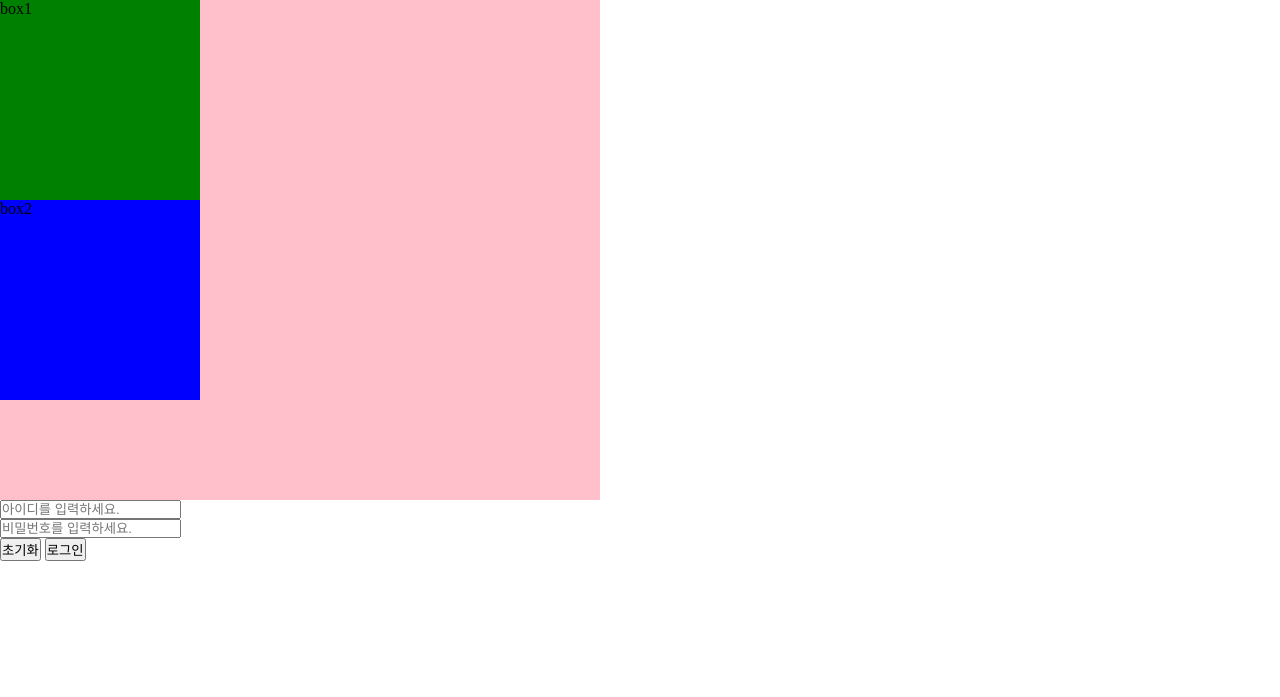
Repository: gwonjunsu95/html5
Page: html5/WebContent/day0204.html
The author's editor kept a copy of each file at every save. The page is drawn from the files as they stood at one save, then again after the next save.
The browser window is 1280 px wide. The pictures show the whole page.

Above is the page before, as saved 2020-04-17 05:52:27.

### html5/WebContent/day0204.html
<!DOCTYPE html>
<html>
<head>
	<meta charset="UTF-8">
	<title>Insert title here</title>
	<style>
		*{
			margin : 0;
			padding : 0;
			text-decoration: none;
			list-style: none;
		}

		#parent{
			width : 600px;
			height : 500px;
			background: pink;
		}

		#box1{
			width : 200px;
			height: 200px;
			background: red;
		}

		#box2{
			width: 200px;
			height: 200px;
			background: blue;
		}

		/*복합 선택자*/
		#parent #box1{
			background: green;
		}

		/*
		공백 : 하위태그 전체 선택
		> : 바로 하위의 태그만 선택
		*/

	</style>
</head>
<body>
	<div id = "parent">
		<div id = "box1"><p>box1</p></div>
		<div id = "box2">box2</div>
	</div>
	<div>
		<form>
			<input type = "text" placeholder="아이디를 입력하세요." /><br/>
			<input type = "password" placeholder="비밀번호를 입력하세요."/><br/>
			<input type = "reset" value = "초기화"/>
			<button type = "submit">로그인</button>
		</form>
	</div>
</body>
</html>

After the next save:
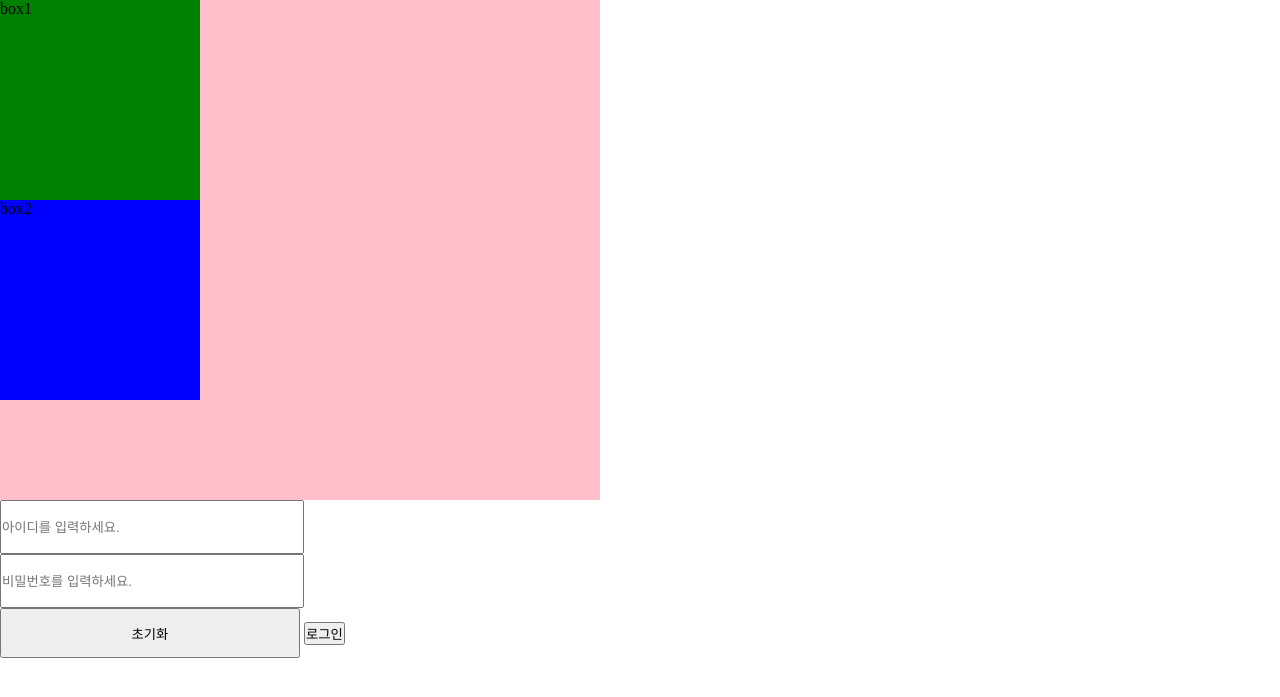
Saved 51 s later.
--- a/html5/WebContent/day0204.html
+++ b/html5/WebContent/day0204.html
@@ -39,6 +39,12 @@
 		> : 바로 하위의 태그만 선택
 		*/
 
+		/*속성 선택자*/
+		input{
+			width : 300px;
+			height : 50px;
+		}
+
 	</style>
 </head>
 <body>
